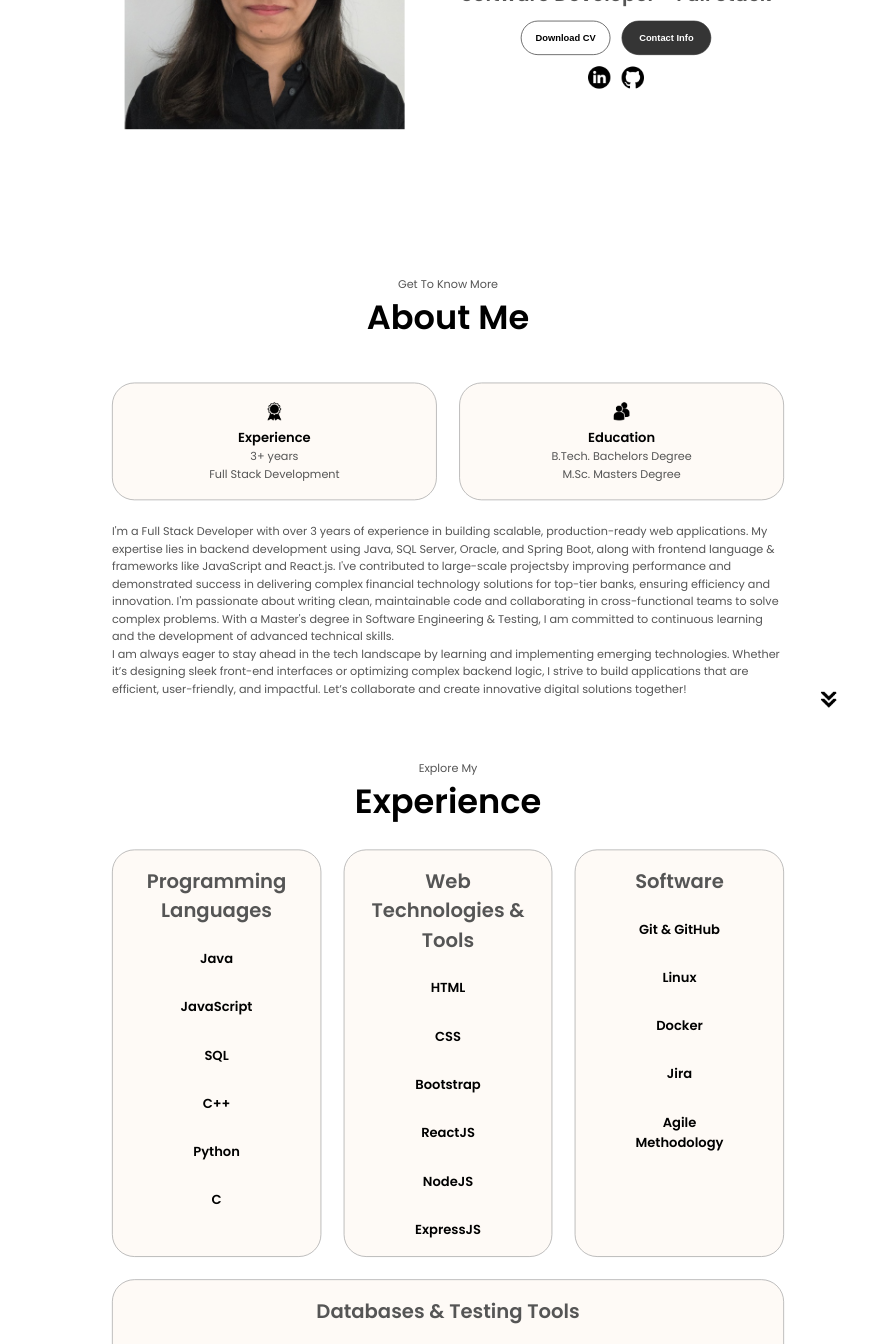
Repository: Pradnya-07/Portfolio-Pradnya
Page: index.html
An editor plug-in stored every save of this project. The page is shown before and after the next save, followed by the edit.
The browser window is 1280 px wide. The pictures show the part of the page from y = 451 to 2371 px (the page is 4473 px tall), at 70% of full size.

Above is the page before, as saved 2025-04-26 13:40:10.

After the next save:
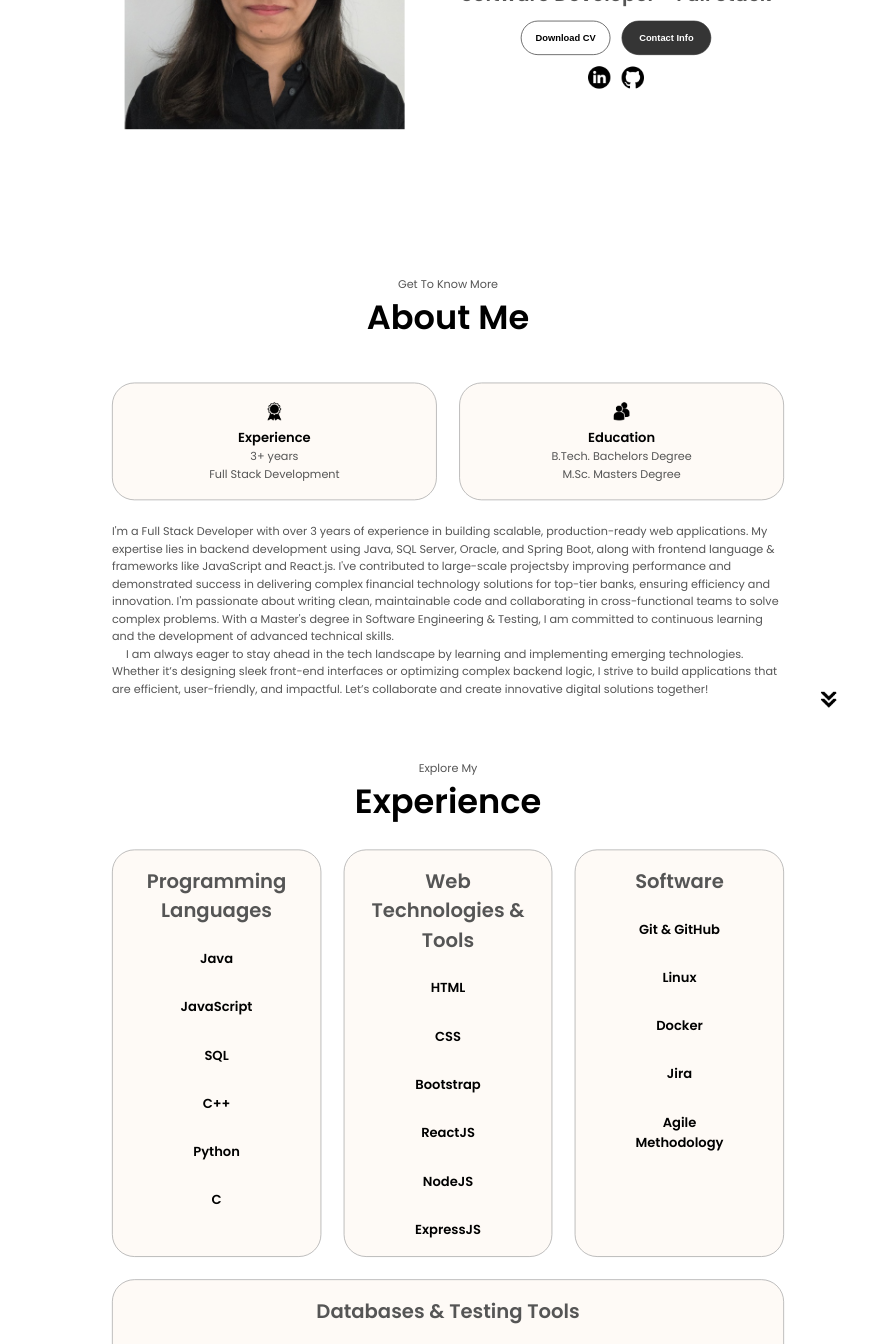
Saved 2 min 19 s later.
--- a/index.html
+++ b/index.html
@@ -106,7 +106,7 @@
               With a Master's degree in Software Engineering & Testing, I am committed to continuous learning and the development of advanced technical skills.
 
             </p>
-            <p>
+            <p style="text-indent: 20px;">
               I am always eager to stay ahead in the tech landscape by learning and implementing emerging technologies.
               Whether it’s designing sleek front-end interfaces or optimizing complex backend logic,
               I strive to build applications that are efficient, user-friendly, and impactful.
